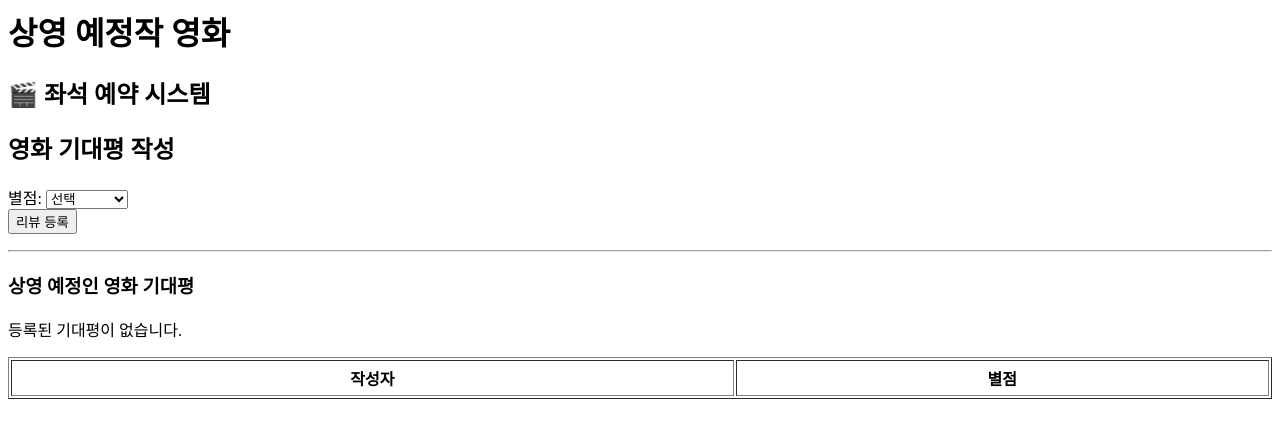
Repository: smallomg/bg-spring
Page: http://localhost/test3/WEB-INF/views/scoreForm.jsp
These files come from the project's save history. The page is drawn as it stood at one moment and after the next save; the edit follows.
The browser window is 1280 px wide. The pictures show the whole page.
The page is served by Tomcat 10. Nobody is signed in. Other server files are loaded and not shown. The template is opened directly, without the code that normally fills it, so the values that code supplies are empty.

Above is the page before, as saved 2025-05-14 05:39:26.

### ldy_spring/test3/src/main/webapp/WEB-INF/views/scoreForm.jsp
<%@ page contentType="text/html;charset=UTF-8"%>
<%@ taglib prefix="c" uri="jakarta.tags.core"%>
<h1>상영 예정작 영화</h1>

<h2>🎬 좌석 예약 시스템</h2>



<h2>영화 기대평 작성</h2>

<form action="/review/scoreInsert" method="post">
	<input type="hidden" name="mno" value="${mno}" /> <label>별점:</label> <select
		name="score">
		<option value="">선택</option>
		<option value="1">★☆☆☆☆</option>
		<option value="2">★★☆☆☆</option>
		<option value="3">★★★☆☆</option>
		<option value="4">★★★★☆</option>
		<option value="5">★★★★★</option>
	</select><br> <input type="submit" value="리뷰 등록">
</form>

<hr>

<h3>상영 예정인 영화 기대평</h3>
<c:if test="${empty reviews}">
	<p>등록된 기대평이 없습니다.</p>
</c:if>

<table border="1" width="100%" cellpadding="5">
	<tr>
		<th>작성자</th>
		<th>별점</th>

	</tr>
	<c:forEach var="r" items="${reviews}">
		<tr>
			<td>${r.id}</td>
			<td><c:choose>
					<c:when test="${r.score == 1}">★☆☆☆☆</c:when>
					<c:when test="${r.score == 2}">★★☆☆☆</c:when>
					<c:when test="${r.score == 3}">★★★☆☆</c:when>
					<c:when test="${r.score == 4}">★★★★☆</c:when>
					<c:when test="${r.score == 5}">★★★★★</c:when>
					<c:otherwise>선택 안함</c:otherwise>
				</c:choose></td>
		</tr>
	</c:forEach>
</table>

<script>

After the next save:
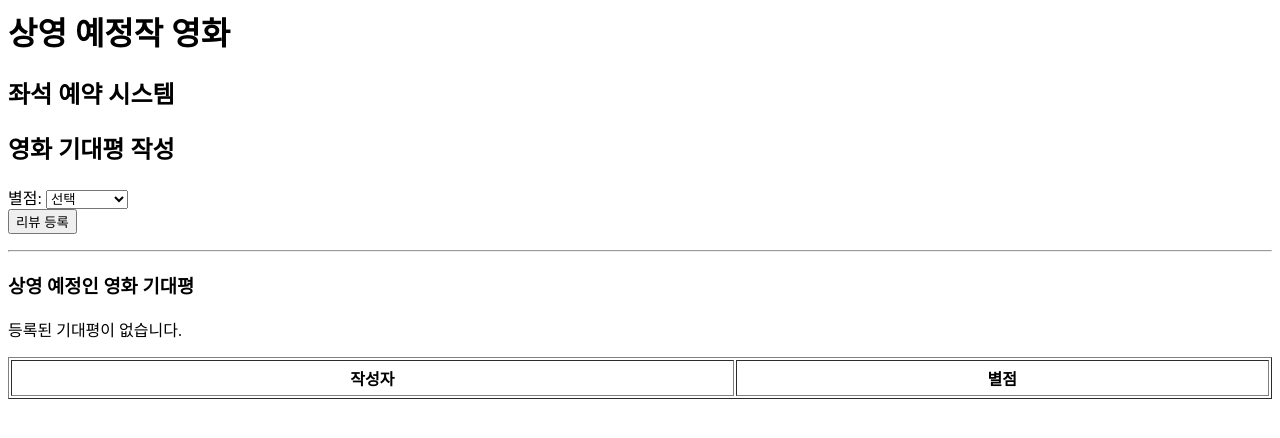
Saved 41 s later.
--- a/ldy_spring/test3/src/main/webapp/WEB-INF/views/scoreForm.jsp
+++ b/ldy_spring/test3/src/main/webapp/WEB-INF/views/scoreForm.jsp
@@ -2,7 +2,7 @@
 <%@ taglib prefix="c" uri="jakarta.tags.core"%>
 <h1>상영 예정작 영화</h1>
 
-<h2>🎬 좌석 예약 시스템</h2>
+<h2>좌석 예약 시스템</h2>
 
 
 
